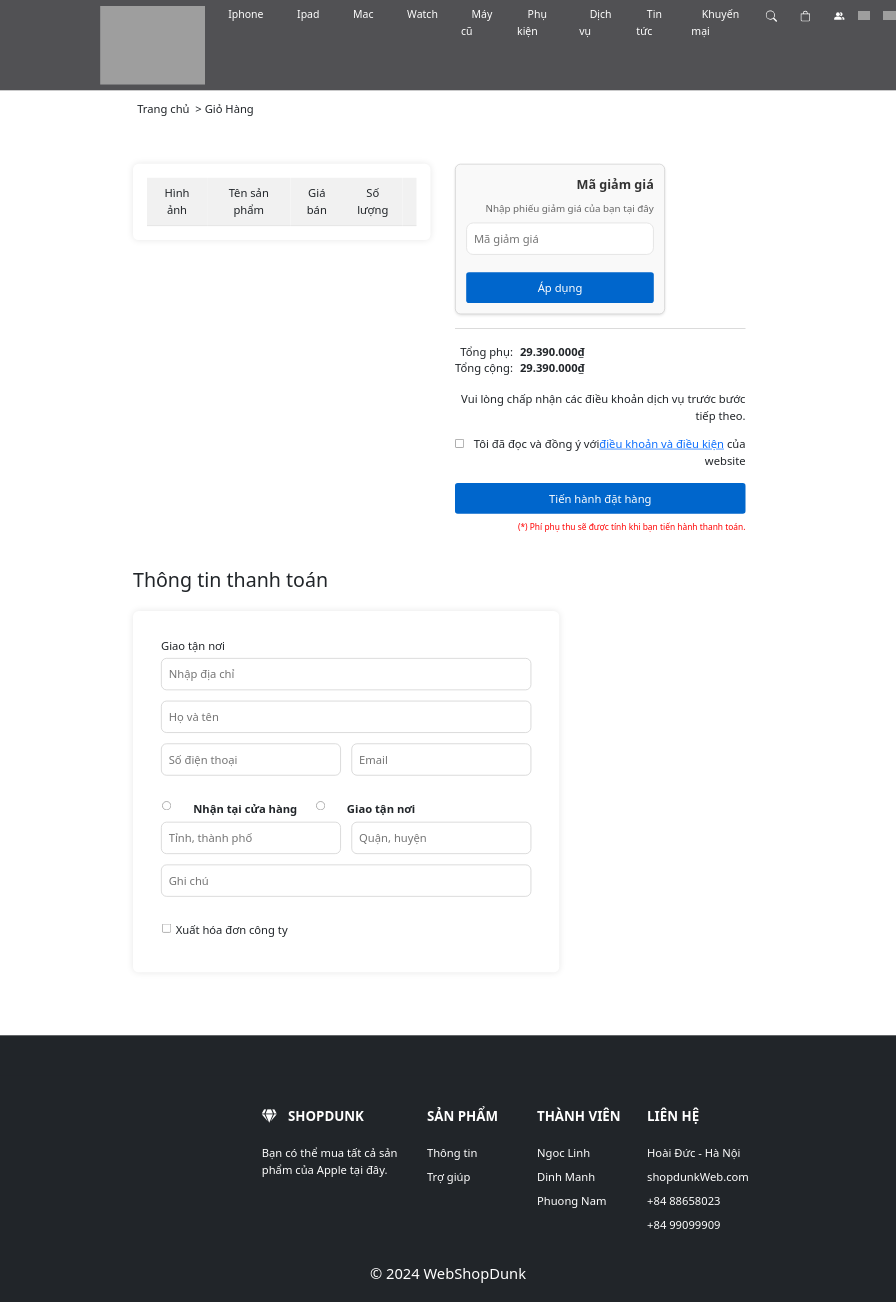
Repository: 20092004nam2k4/FE-ShopDunk
Page: /cart
The author's editor kept a copy of each file at every save. The page is drawn from the files as they stood at one save, then again after the next save.
The browser window is 1280 px wide. The pictures show the whole page, at 70% of full size.
Pictures or frames that could not be fetched are drawn as grey boxes. The page's requests for data from a server got no answer. The project was rebuilt for these pictures with package versions that can differ from the ones it lists, and the page was loaded fresh each time. No one was signed in, and anything a server would have sent is missing. Also part of the build but not shown: src/component/common/SlideImage.css, src/component/common/SlideImage.js, src/component/product/ProductList.js, src/component/product/ProductDetail.css, src/component/product/ProductDetail.js, src/component/user/LoginUser.js, src/component/user/UserProfile.js, src/component/user/RegistrationForm.css and 2 more.

Above is the page before, as saved 2024-06-26 08:28:50.

After the next save:
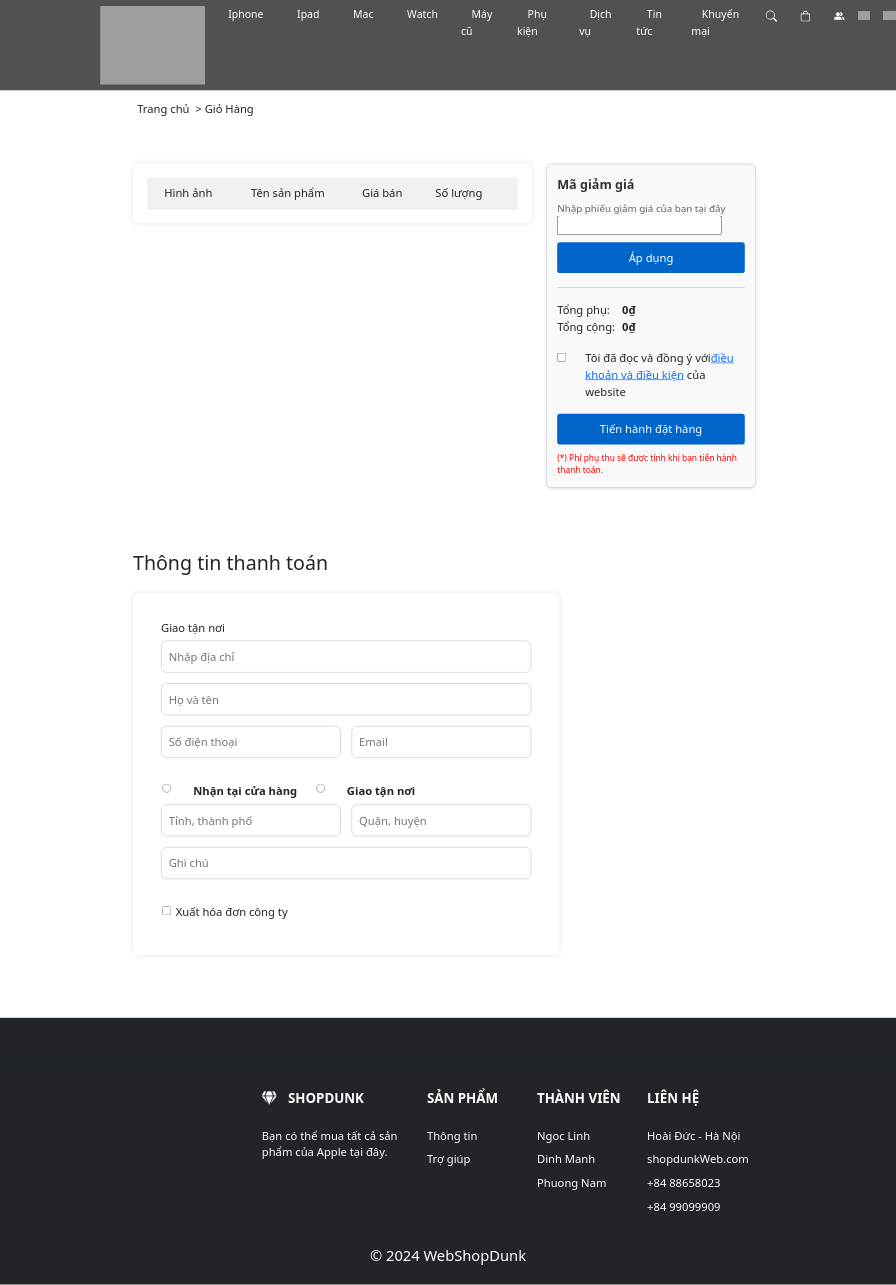
Saved 26 s later.
--- a/src/component/cart/CartPage.js
+++ b/src/component/cart/CartPage.js
@@ -144,7 +144,7 @@
               </table>
             </div>
           </div>
-          {/* <div className="deals">
+          <div className="deals">
             <div className="coupon-box">
               <div className="title">
                 <strong>Mã giảm giá</strong>
@@ -244,78 +244,6 @@
                 <div className="addon-buttons"></div>
               </div>
             </div>
-          </div> */}
-
-          <div class="cart-footer col-sm-12 col-lg-6">
-            <div class="sidebar-cart">
-
-              <div class="cart-collaterals">
-                <div class="deals">
-                  <div class="coupon-box">
-                    <div class="title">
-                      <strong>Mã giảm giá</strong>
-                    </div>
-                    <div class="hint">
-                      Nhập phiếu giảm giá của bạn tại đây
-                    </div>
-                    <div class="coupon-code">
-                      <input name="discountcouponcode" id="discountcouponcode" placeholder="Mã giảm giá" type="text" class="discount-coupon-code" aria-label="Nhập mã phiếu giảm giá"/>
-                        <button type="submit" name="applydiscountcouponcode" id="applydiscountcouponcode" class="button-2 apply-discount-coupon-code-button">Áp dụng</button>
-                    </div>
-                  </div>
-
-
-
-
-                </div>
-              </div>
-              <div class="totals">
-
-                <div class="total-info">
-                  <table class="cart-total">
-                    <tbody>
-                      <tr class="order-subtotal">
-                        <td class="cart-total-left">
-                          <label>Tổng phụ:</label>
-                        </td>
-                        <td class="cart-total-right">
-                          <span class="value-summary">29.390.000₫</span>
-                        </td>
-                      </tr>
-                      <tr class="order-total">
-                        <td class="cart-total-left">
-                          <label>Tổng cộng:</label>
-                        </td>
-                        <td class="cart-total-right">
-                          <span class="value-summary">29.390.000₫</span>
-                        </td>
-                      </tr>
-                    </tbody>
-                  </table>
-                </div>
-
-
-                <div id="terms-of-service-warning-box" title="Điều khoản dịch vụ" >
-                  <p>Vui lòng chấp nhận các điều khoản dịch vụ trước bước tiếp theo.</p>
-                </div>
-                <div class="terms-of-service">
-                  <div class="d-flex">
-                    <div><input id="termsofservice" type="checkbox" name="termsofservice" data-gtm-form-interact-field-id="0"/></div>
-                    <label for="termsofservice"><span class="rule-web">Tôi đã đọc và đồng ý với</span><a href="/chinh-sach-doi-tra" class="read" target="_blank">điều khoản và điều kiện</a> <span class="rule-web">của website</span></label>
-                  </div>
-
-                </div>
-                <div class="checkout-buttons">
-
-                  <button type="submit" id="checkout" name="checkout" value="checkout" class="button-1 checkout-button">
-                    Tiến hành đặt hàng
-                  </button>
-                </div>
-                <div class="note-ck">(*) Phí phụ thu sẽ được tính khi bạn tiến hành thanh toán.</div>
-                <div class="addon-buttons">
-                </div>
-              </div>
-            </div>
           </div>
         </div>
       </div>
